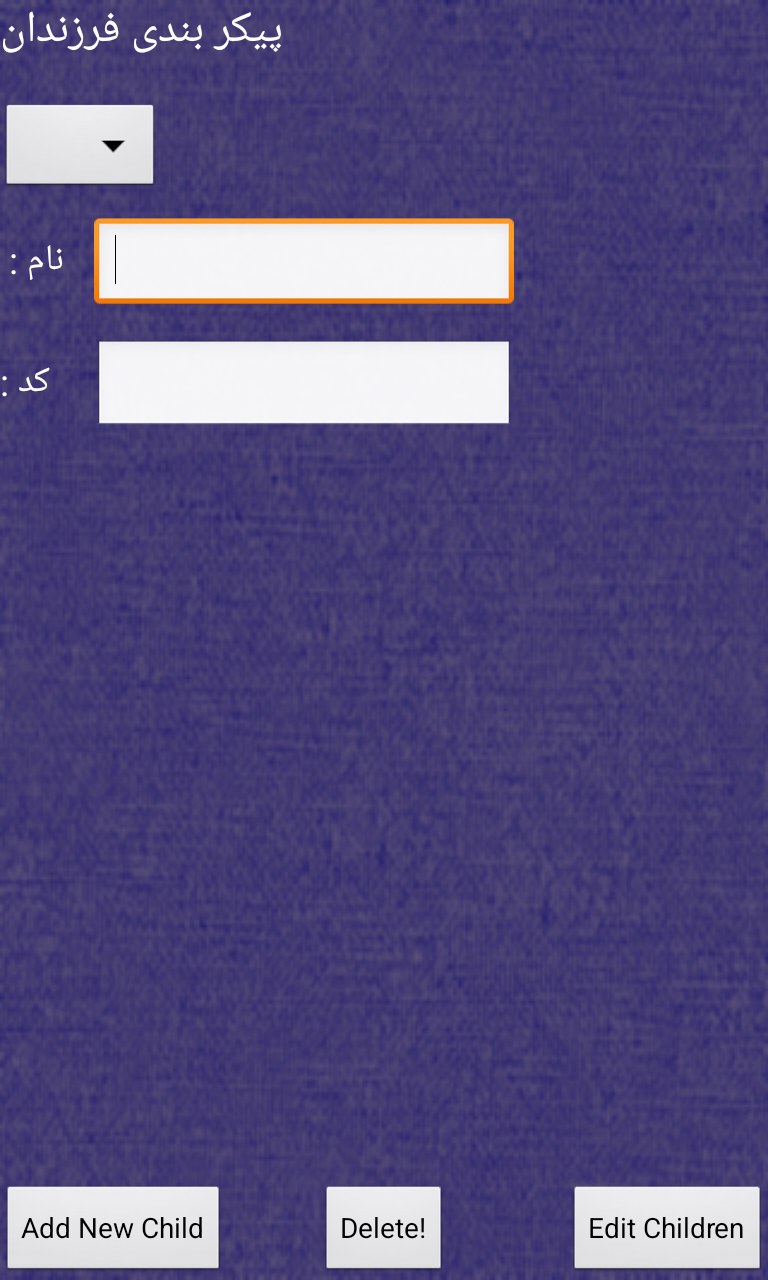
Repository: samanamp/RR-Controller
Layout: RRC app/res/layout/activity_child_setting.xml
These files come from the project's save history. The layout is drawn as it stood at one moment and after the next save; the edit follows.
It is drawn on a 768 x 1280 px phone screen (xhdpi) without system bars, with theme AppTheme; the app's code is not run.

Above is the layout before, as saved 2012-08-09 14:29:15.

After the next save:
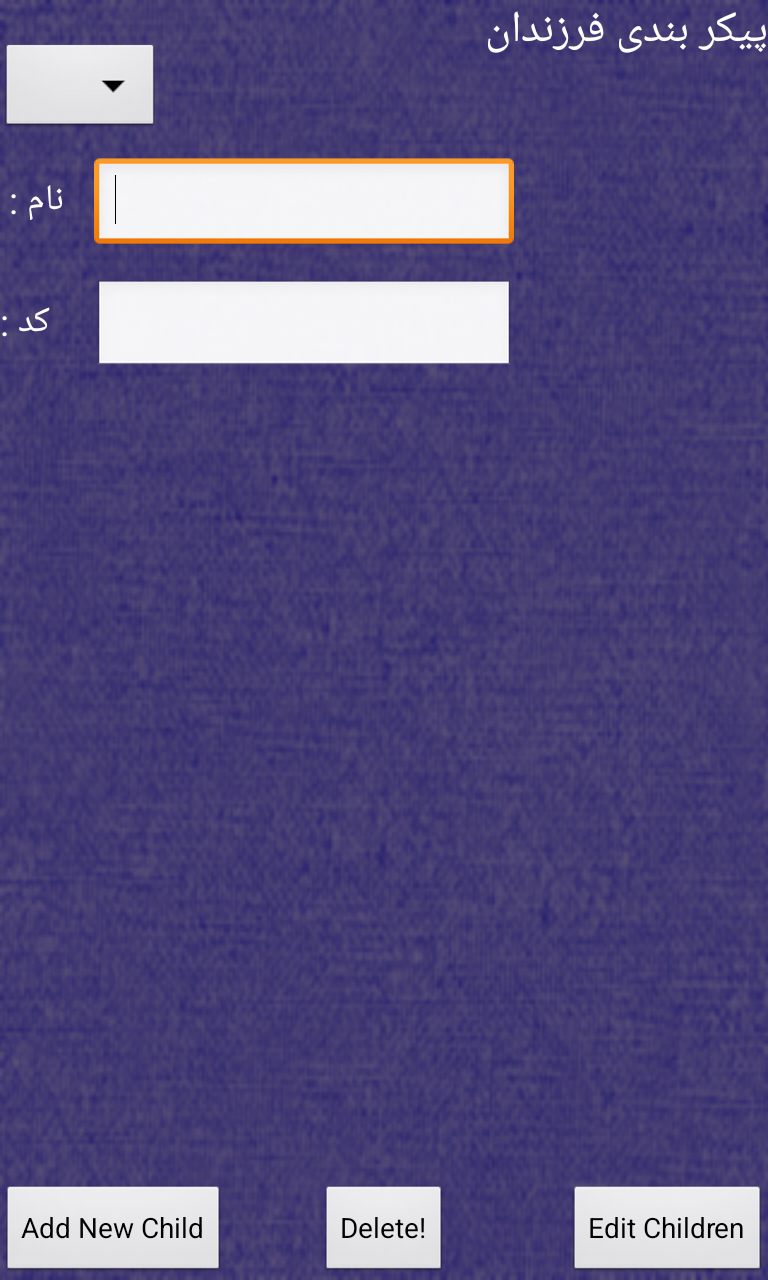
Saved 14 s later.
--- a/RRC app/res/layout/activity_child_setting.xml
+++ b/RRC app/res/layout/activity_child_setting.xml
@@ -23,22 +23,11 @@
         android:onClick="editChild"
         android:text="Edit Children" />
 
-    <TextView
-        android:id="@+id/textView1"
-        android:layout_width="wrap_content"
-        android:layout_height="wrap_content"
-        android:layout_alignParentLeft="true"
-        android:layout_alignParentTop="true"
-        android:text="پیکر بندی فرزندان"
-        android:textAppearance="?android:attr/textAppearanceLarge"
-        android:textColor="#ffffff" />
-
     <Spinner
         android:id="@+id/spinner1"
         android:layout_width="wrap_content"
         android:layout_height="wrap_content"
         android:layout_alignParentLeft="true"
-        android:layout_below="@+id/textView1"
         android:layout_marginTop="20dp" />
 
     <TextView
@@ -92,7 +81,17 @@
         android:layout_height="wrap_content"
         android:layout_alignParentBottom="true"
         android:layout_centerHorizontal="true"
-        android:text="Delete!"
-        android:onClick="delChild"/>
+        android:onClick="delChild"
+        android:text="Delete!" />
+
+    <TextView
+        android:id="@+id/textView1"
+        android:layout_width="wrap_content"
+        android:layout_height="wrap_content"
+        android:layout_alignParentRight="true"
+        android:layout_alignParentTop="true"
+        android:text="پیکر بندی فرزندان"
+        android:textAppearance="?android:attr/textAppearanceLarge"
+        android:textColor="#ffffff" />
 
 </RelativeLayout>
